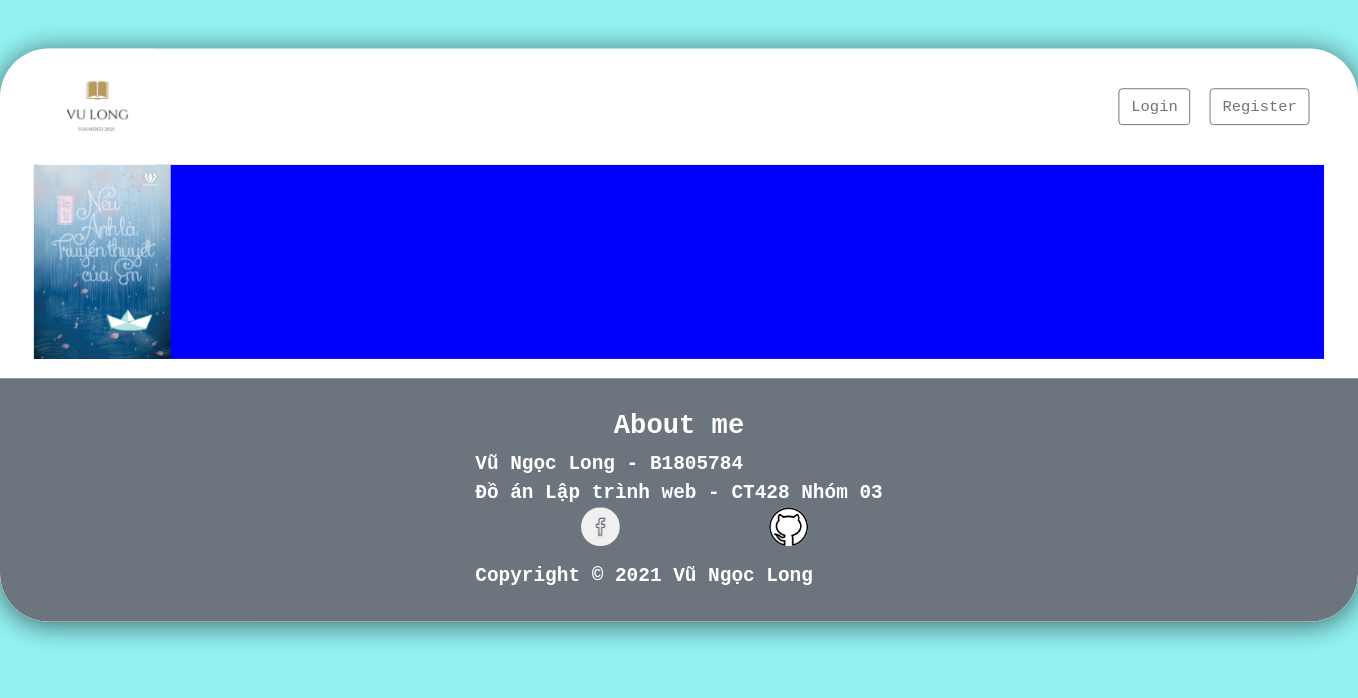
Repository: VuNgocLong2626/exercise_web_CT428
Page: VuNgocLongB1805784/user/chitiet.html
An editor plug-in stored every save of this project. The page is shown before and after the next save, followed by the edit.
The browser window is 1280 px wide. The page is 1400 px wide, so the pictures cover 1400 px, including what lies to the right of the window. The pictures show the whole page, at 97% of full size.

Above is the page before, as saved 2021-10-04 19:11:10.

After the next save:
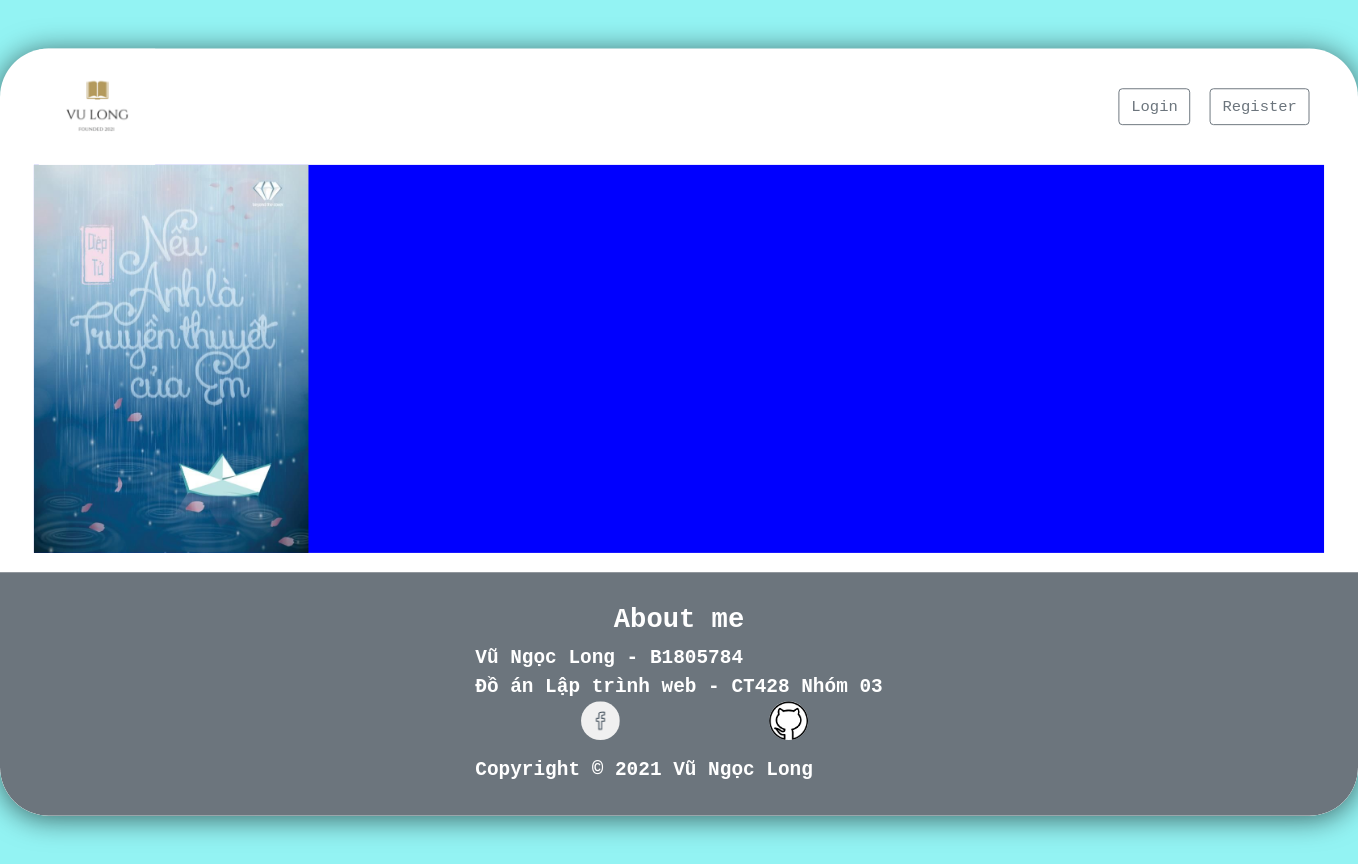
Saved 12 s later.
--- a/VuNgocLongB1805784/user/chitiet.html
+++ b/VuNgocLongB1805784/user/chitiet.html
@@ -21,7 +21,7 @@
         <div style="width: 95%;background-color: blue;" class="from-detail">
             <div class="row">
                 <div class="rol-4">
-                    <img src="./image/TT1.jpg" alt="" style="height: 200px;">
+                    <img src="./image/TT1.jpg" alt="" style="height: 400px;">
                 </div>
                 <div class="rol-8">
 
